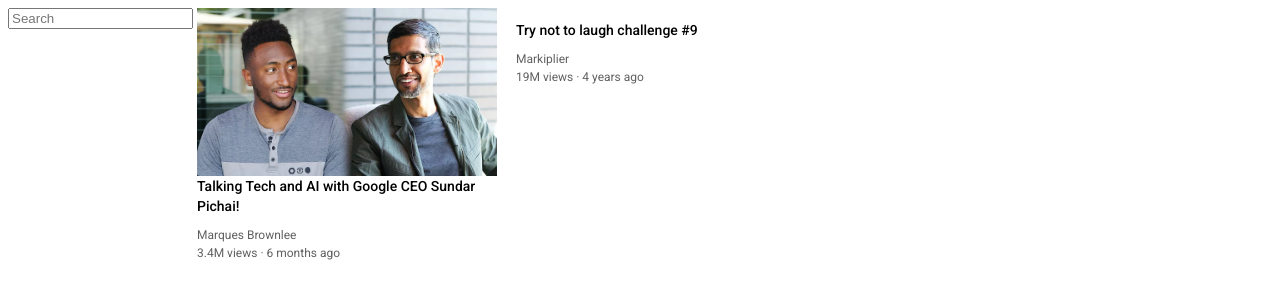
Repository: knowledgeAlan/html-css-ten
Page: youtube.html
The author's editor kept a copy of each file at every save. The page is drawn from the files as they stood at one save, then again after the next save.
The browser window is 1280 px wide. The pictures show the whole page.

Above is the page before, as saved 2024-03-07 18:16:34.

After the next save:
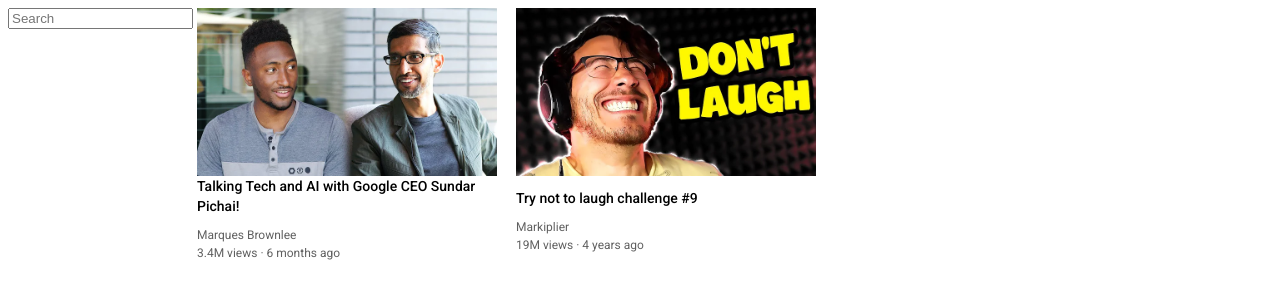
Saved 25 s later.
--- a/youtube.html
+++ b/youtube.html
@@ -91,7 +91,7 @@
         <div class="video-preview">
 
             <div class="thumbnail-row">
-                <img class="thumbnail" sr="thumails/thumbnail-2.webp">
+                <img class="thumbnail" src="thumails/thumbnail-2.webp">
             </div>
 
             <div class="video-info">
